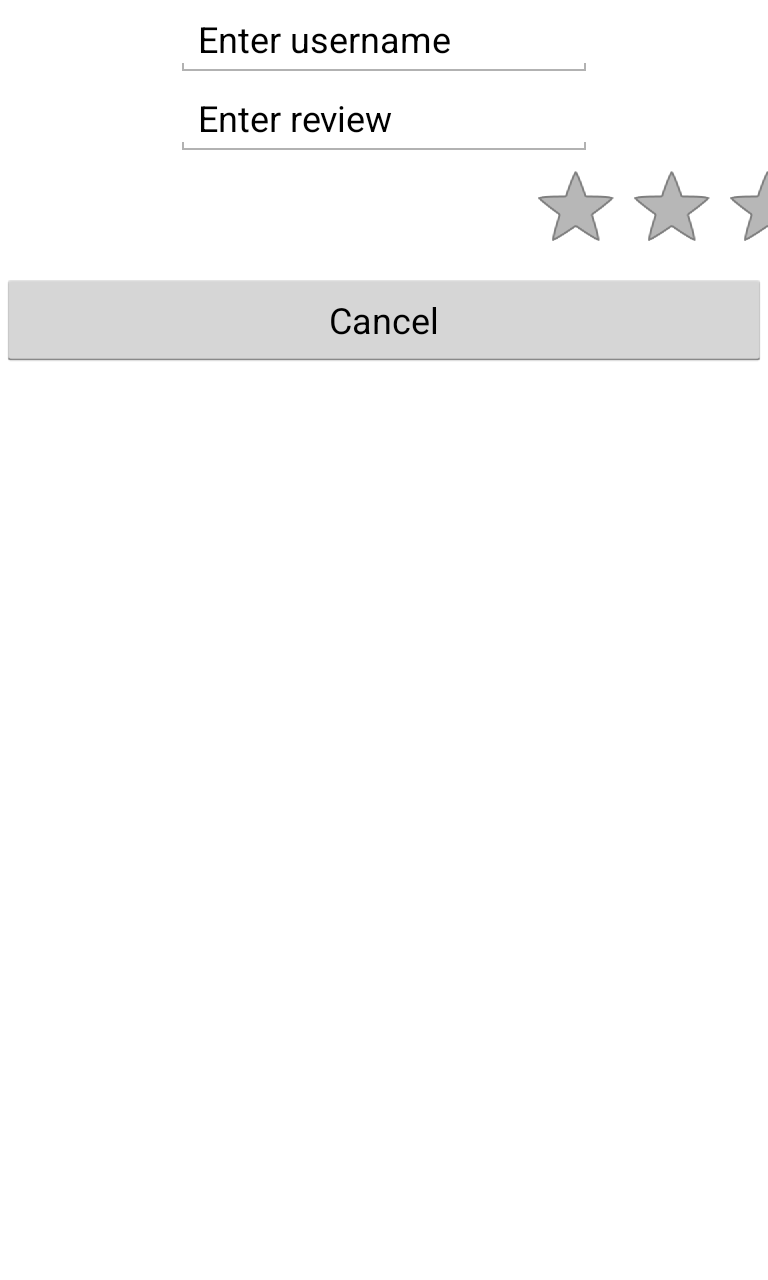
Repository: yash256/atnt
Layout: WNY Farm Fresh/res/layout/dialog.xml
These files come from the project's save history. The layout is drawn as it stood at one moment and after the next save; the edit follows.
It is drawn on a 768 x 1280 px phone screen (xhdpi) without system bars, with theme AppTheme; the app's code is not run.

Above is the layout before, as saved 2014-11-10 20:51:05.

After the next save:
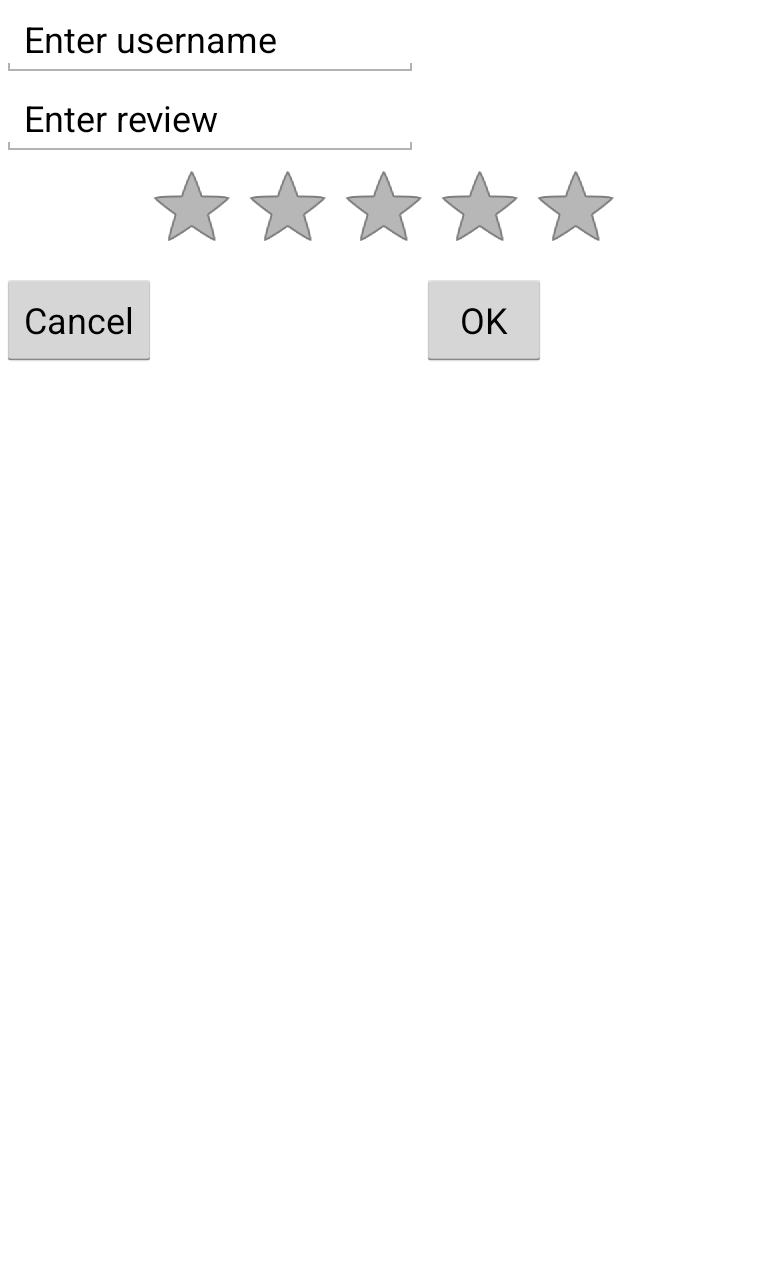
Saved 91 s later.
--- a/WNY Farm Fresh/res/layout/dialog.xml
+++ b/WNY Farm Fresh/res/layout/dialog.xml
@@ -41,7 +41,6 @@
 		android:layout_columnSpan="4"
         android:layout_gravity="left"
         android:layout_row="3"
-        android:layout_width="fill_parent"
         />
 
     <Button
@@ -49,7 +48,6 @@
         android:layout_column="7"
         android:layout_gravity="left|top"
         android:layout_row="3"
-        android:text="@string/ok"
-        android:layout_width="fill_parent"/>
+        android:text="@string/ok" />
 
 </GridLayout>
